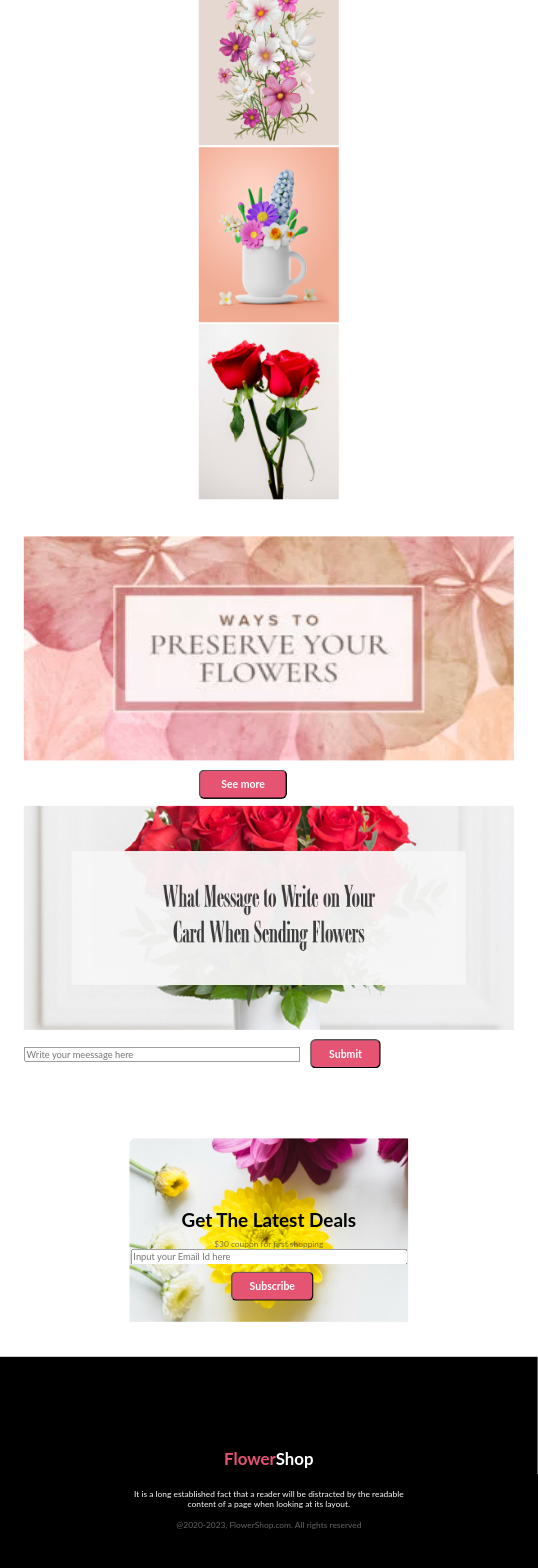
Repository: sadiaafsana138/Flower-Shop_Responsive
Page: index.html
These files come from the project's save history. The page is drawn as it stood at one moment and after the next save; the edit follows.
The browser window is 768 px wide. The pictures show the part of the page from y = 2975 to 5215 px (the page is 5314 px tall), at 70% of full size.

Above is the page before, as saved 2023-09-07 06:15:50.

After the next save:
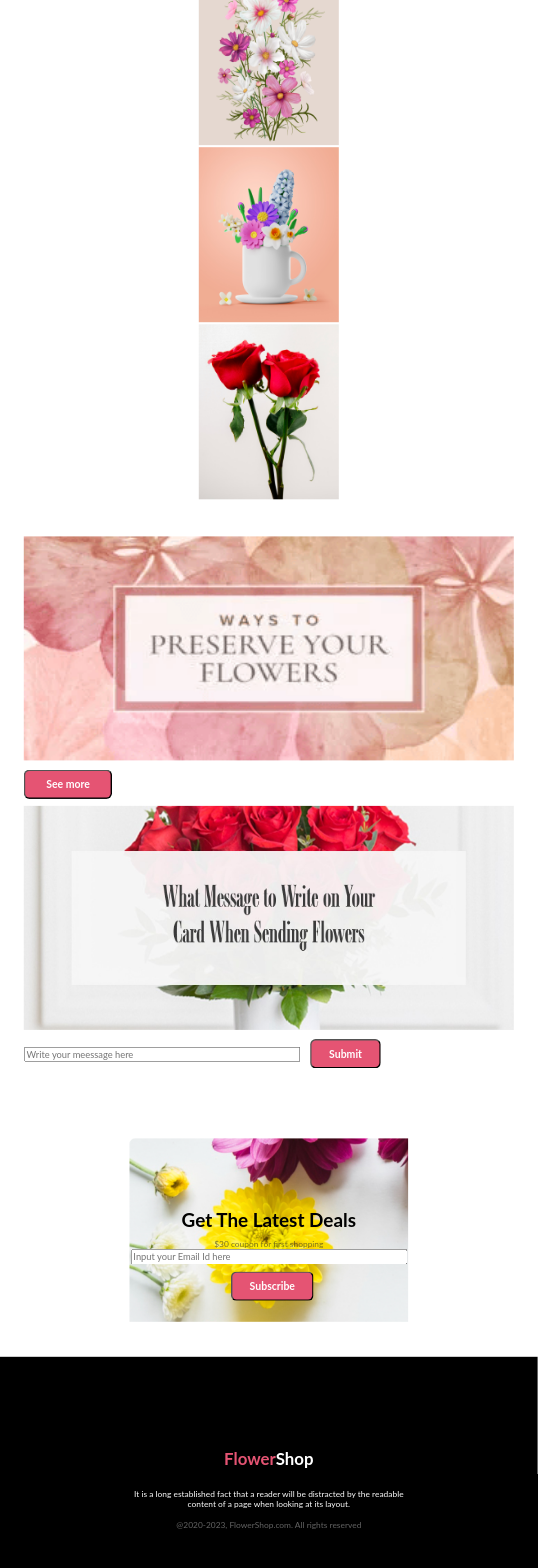
Saved 42 s later.
--- a/Flower.css
+++ b/Flower.css
@@ -229,12 +229,7 @@
         margin: 10px 0px 0px 10px;
     }
     .ways{
-
-        color: #FFF;
-        font-size: 15px;
-        font-weight: 700;
-        padding: 10px 30px;
-        margin: 10px 250px ;
+        margin: 10px Auto ;
     }
 
 }

After the save that followed:
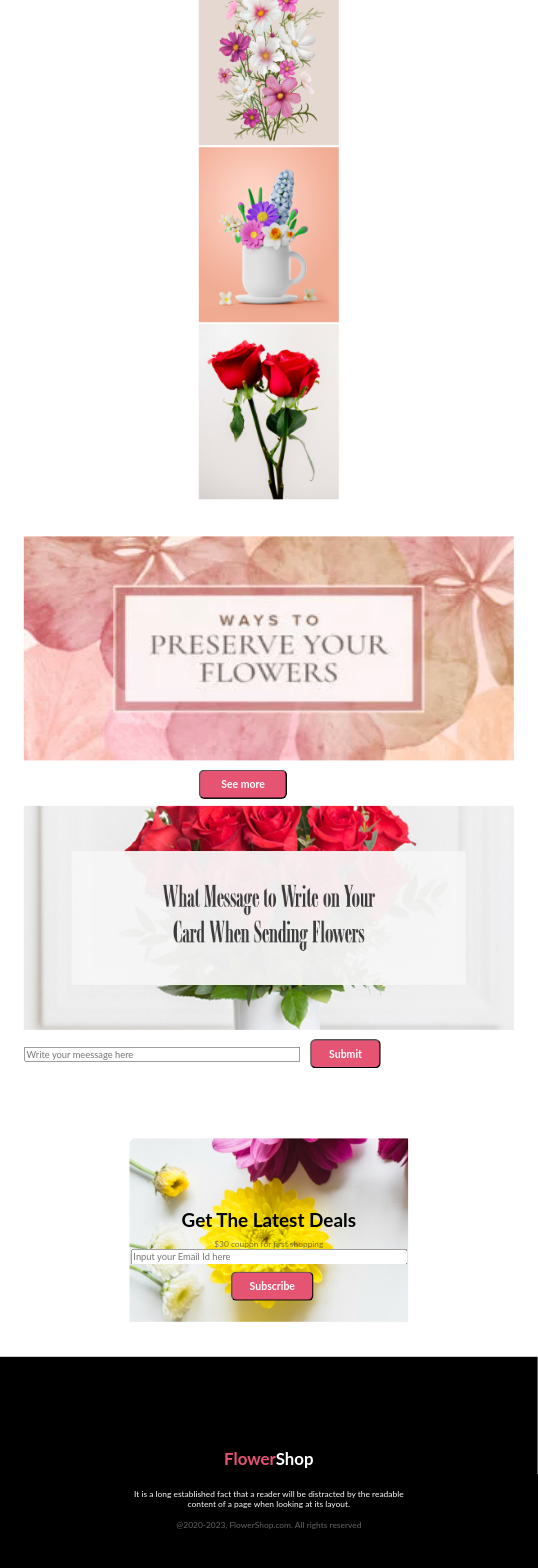
Saved 31 s later.
--- a/Flower.css
+++ b/Flower.css
@@ -229,7 +229,7 @@
         margin: 10px 0px 0px 10px;
     }
     .ways{
-        margin: 10px Auto ;
+        margin: 10px 250px ;
     }
 
 }
